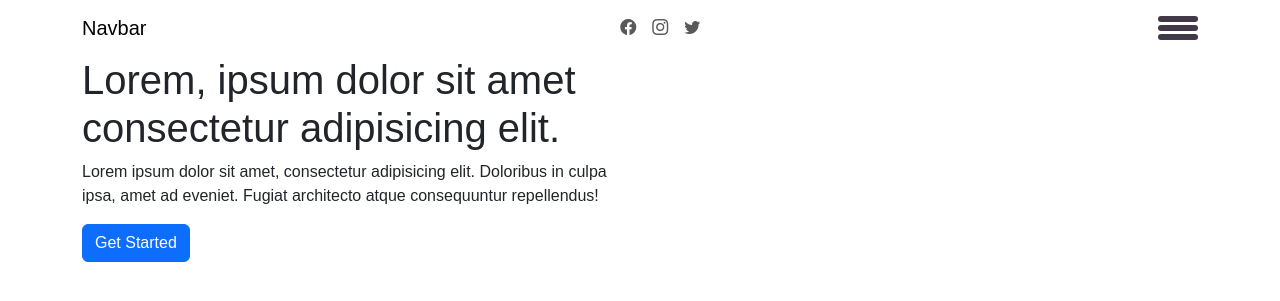
Repository: tagnam/project27012025
Page: index.html
These files come from the project's save history. The page is drawn as it stood at one moment and after a run of saves; the edit follows.
The browser window is 1280 px wide. The pictures show the whole page.

Above is the page before, as saved 2025-01-27 13:52:09.

### index.html
<!DOCTYPE html>
<html lang="en">
<head>
    <meta charset="UTF-8">
    <meta name="viewport" content="width=device-width, initial-scale=1.0">
    <link href="https://cdn.jsdelivr.net/npm/bootstrap@5.3.3/dist/css/bootstrap.min.css" rel="stylesheet" integrity="sha384-QWTKZyjpPEjISv5WaRU9OFeRpok6YctnYmDr5pNlyT2bRjXh0JMhjY6hW+ALEwIH" crossorigin="anonymous">
    <link rel="stylesheet" href="style/css/index.css">
    <link rel="stylesheet" href="style/css/animation.css">
    <link rel="stylesheet" href="style/css/responsive.css">
    <title>project27012025</title>
</head>
<body>
<header>
    <!-- --------------------------------------------start nav bar ------------------------------->
    <nav class="navbar navbar-expand-lg ">
        <div class="container">


          <div class="collapse navbar-collapse justify-content-between" id="navbarSupportedContent">
            <a class="navbar-brand" href="#">Navbar</a>
            <ul class="navbar-nav  ">

              <li class="nav-item">
                <a class="nav-link" href="#"><i class="bi bi-facebook"></i></a>
              </li>
              <li class="nav-item">
                <a class="nav-link" href="#"><i class="bi bi-instagram"></i></a>
              </li>
              <li class="nav-item">
                <a class="nav-link" href="#"><i class="bi bi-twitter"></i></a>
              </li>

            </ul>
            <div class="d-flex">
               <div class="menu-container">
                <span class="span-menu-01 menu-icon"></span>
                <span class="span-menu-02 menu-icon"></span>
                <span class="span-menu-03 menu-icon"></span>
            </div>
            </div>
          </div>
        </div>
      </nav>
      <!------------------------------------------------ end navbar ----------------------------->
      <section class="container">
        <div class="row">
            <div class="col-lg-6">
                <div class="content h-100">
                    <h1>Lorem, ipsum dolor sit amet consectetur adipisicing elit.</h1>
                    <p>Lorem ipsum dolor sit amet, consectetur adipisicing elit. Doloribus in culpa ipsa, amet ad eveniet. Fugiat architecto atque consequuntur repellendus!</p>
                    <button class="btn btn-primary">Get Started</button>
                </div>
            </div>
            <div class="col-lg-6"></div>
        </div>
      </section>

</header>




<script src="https://cdn.jsdelivr.net/npm/bootstrap@5.3.3/dist/js/bootstrap.bundle.min.js" integrity="sha384-YvpcrYf0tY3lHB60NNkmXc5s9fDVZLESaAA55NDzOxhy9GkcIdslK1eN7N6jIeHz" crossorigin="anonymous"></script>
<script src="style/js/custom.js"></script>
</body>
</html>

### style/css/index.css
@import url("https://cdn.jsdelivr.net/npm/bootstrap-icons@1.11.3/font/bootstrap-icons.min.css");

*{
 margin: 0;
padding: 0;
box-sizing: border-box;
}

:root{
    --dark-color:#423849;
    --semi-dark-color:#b46ee0;
    --light-color:#d287d4;
    --main-heading-font-size: 2.5rem;
    --subheading-font-size: 1.5rem;
    --paragraph-font-size: 1rem;

}


body{
    font-family: 'Poppins', sans-serif;


}

header{
    height: 100vh;

}

.menu-icon{
    display: block;
    width: 40px;
    height: 6px;
    background-color: var(--dark-color);
    margin: 3px auto;
    border-radius: 20px;
    cursor: pointer;
}

Loaded but not shown: style/js/custom.js (no copy from this time; the picture is the same without it); style/css/animation.css (no stored copy; drawn as an empty file); style/css/responsive.css (no stored copy; drawn as an empty file)

After the next 2 saves:
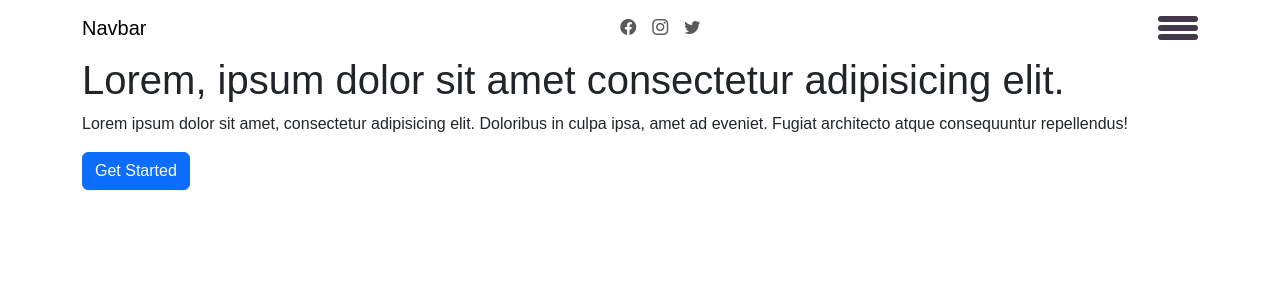
The 2 saves are shown as one change because they came seconds apart.
The last was saved 73 s later.
--- a/index.html
+++ b/index.html
@@ -44,7 +44,7 @@
       <!------------------------------------------------ end navbar ----------------------------->
       <section class="container">
         <div class="row">
-            <div class="col-lg-6">
+            <div class="col-lg-12">
                 <div class="content h-100">
                     <h1>Lorem, ipsum dolor sit amet consectetur adipisicing elit.</h1>
                     <p>Lorem ipsum dolor sit amet, consectetur adipisicing elit. Doloribus in culpa ipsa, amet ad eveniet. Fugiat architecto atque consequuntur repellendus!</p>
